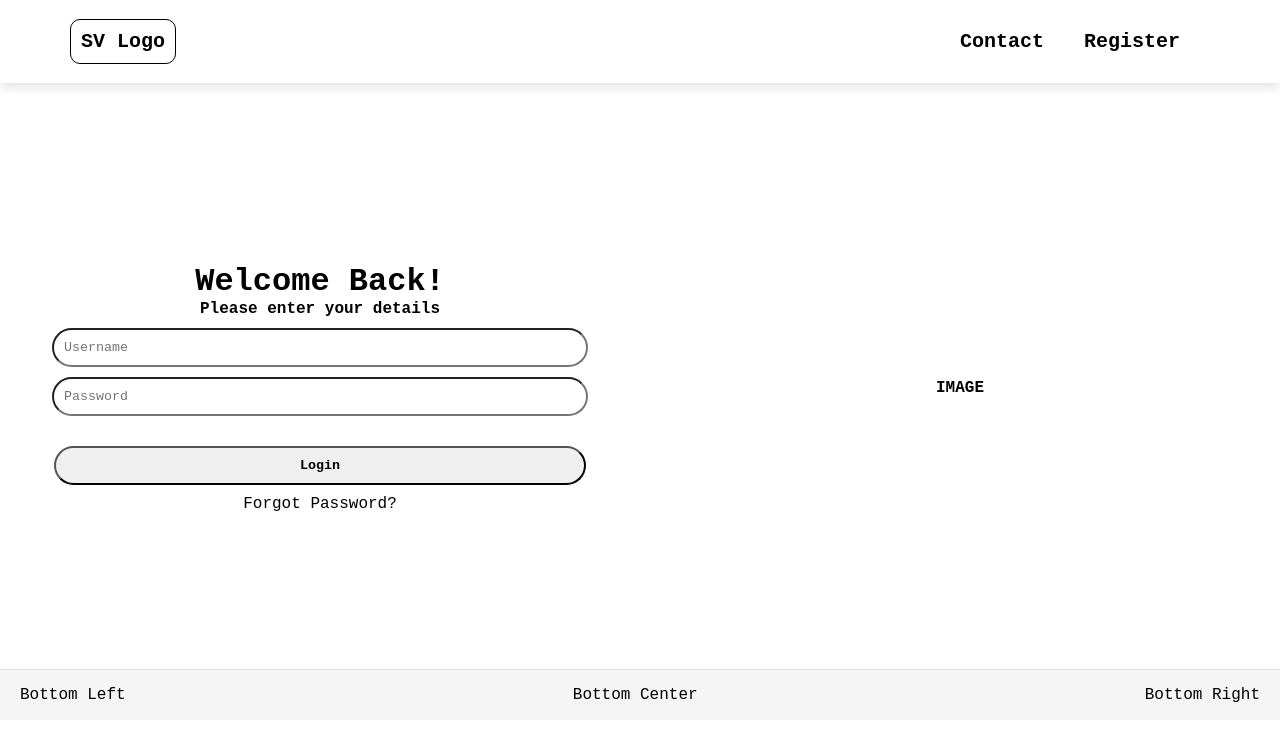
Repository: BuddhimaB/SecureVisionAI
Page: / (app in client/)
An editor plug-in stored every save of this project. The page is shown before and after a run of saves, followed by the edit.
The browser window is 1280 px wide. The pictures show the whole page.
The project was rebuilt for these pictures with package versions that can differ from the ones it lists, and the page was loaded fresh each time.

Above is the page before, as saved 2024-07-13 19:25:15.

### client/public/index.html
<!DOCTYPE html>
<html lang="en">
  <head>
    <meta charset="utf-8" />
    <link rel="icon" href="%PUBLIC_URL%/favicon.ico" />
    <meta name="viewport" content="width=device-width, initial-scale=1" />

    <meta
      name="description"
      content="Web site created using create-react-app"
    />
    <link rel="preconnect" href="https://fonts.googleapis.com">
<link rel="preconnect" href="https://fonts.gstatic.com" crossorigin>
<link href="https://fonts.googleapis.com/css2?family=Roboto:ital,wght@0,100;0,300;0,400;0,500;0,700;0,900;1,100;1,300;1,400;1,500;1,700;1,900&display=swap" rel="stylesheet">
<link rel="stylesheet" href="style.css">
    <title>SecureVision App</title>
  </head>
  <body>
    <noscript>You need to enable JavaScript to run this app.</noscript>
    <div id="root"></div>

  </body>
</html>

### client/src/App.js
import Login from "./Pages/Login/login";

function App() {
  return (
    <div className="App">
      <Login />
    </div>
  );
}

export default App;

### client/src/Pages/Login/login.jsx
import './Login.css'
import Topbar from '../../components/Topbar/Topbar'
import Bottom from '../../components/BottomDetails/Bottom'

export default function Login() {
  return (
    <div>
      <Topbar />
      <div className='feedContainer'>
        <div className="feedLeft">
          <h1>Welcome Back!</h1>
          <h4> Please enter your details</h4>
          <div className="inputField">
          <input
          className='inputField'
          type="text"
          placeholder="Username" />

          <input className='inputField'
          type="password"
          placeholder="Password" />
          </div>
          <button className="loginButton">Login</button>
          <span className='fogotPass'>Forgot Password?</span>
        </div>

        <div className="feedRight">
          <h4>IMAGE</h4>

        </div>
        </div>
        <Bottom />
    </div>
  )
}

### client/src/Pages/Login/Login.css
.feedContainer{
    display: flex;
    justify-content: center;
    align-items: center;


}
.feedLeft{
    display: flex;
    flex-direction: column;
    justify-content: center;
    align-items: center;
    width: 50%;
    height: calc(100vh - 110px);

}
.inputField{
    display: flex;
    justify-content: center;
    align-items: center;
    flex-direction: column;
    margin-bottom: 10px;
    padding: 10px;
    border-radius: 40px;
    width: 80%;
}
.inputField > input{
    width: 100%;
    padding: 10px;


    margin-bottom: 10px;
}
.loginButton{
    padding: 10px;
    border-radius: 40px;
    width: 83%;

    color:black;
    font-weight: 700;
    cursor: pointer;
    margin-bottom: 10px;
}
.loginButton:hover{
    background-color: #9b1cc2;
    color:white
}
.feedRight{
    display: flex;
    justify-content: center;
    align-items: center;
    width: 50%;
    height: calc(100vh - 1100px);
    background-color: #fff;
}

### client/src/components/Topbar/Topbar.jsx
import './Topbar.css'

export default function Topbar() {
  return (
    <div className='topbarContainer'>
        <div className="topbarLeft">
            <span className="logo">SV Logo</span>
        </div>

        <div className="topbarRight">
            <div className="topbarLinks">
                <span className="topbarLink">Contact</span>
                <span className="topbarLink">Register</span>
            </div>

        </div>

    </div>
  )
}

### client/src/components/BottomDetails/Bottom.jsx
import './Bottom.css'

export default function Bottom() {
  return (
    <div className='bottomContainer'>
        <div className='bottomLeft'>
            <span>Bottom Left</span>
        </div>
        <div className='bottomCenter'>
            <span>Bottom Center</span>
        </div>
        <div className='bottomRight'>
            <span>Bottom Right</span>
        </div>
    </div>
  )
}

### client/src/components/Topbar/Topbar.css
.topbarContainer{
    display: flex;
    justify-content: space-between;
    align-items: center;
    top: 0;
    z-index: 999;
    padding: 30px;
    background-color: #fff;
    box-shadow: 0 5px 10px rgba(0, 0, 0, 0.1);
    position: sticky;
}
.logo{
    font-size: 20px;
    font-weight: 700;
    border: 1px solid #000;
    padding: 10px;
    border-radius: 10px;
    margin-left: 40px;
}
.topbarRight{
    display: flex;
    align-items: center;
    margin-right: 40px;

}
.topbarLink{
    margin-right: 20px;
    font-size: 20px;
    font-weight: 700;
    padding: 10px;
    border-radius: 10px;
    cursor: pointer;
}
.topbarLink:hover{
    background-color: #9b1cc2;
    color: white;
}

### client/src/components/BottomDetails/Bottom.css
.bottomContainer{
    display: flex;
    justify-content: space-between;
    align-items: center;
    position: sticky;
    bottom: 0;
    padding: 0 20px;
    height: 50px;
    background-color: #f5f5f5;
    border-top: 1px solid #e0e0e0;
}

### client/public/style.css
*{
    margin: 0;
    font-family: 'Courier New', Courier, monospace;
}

Loaded but not shown: client/src/index.js (common file)

After the next 6 saves:
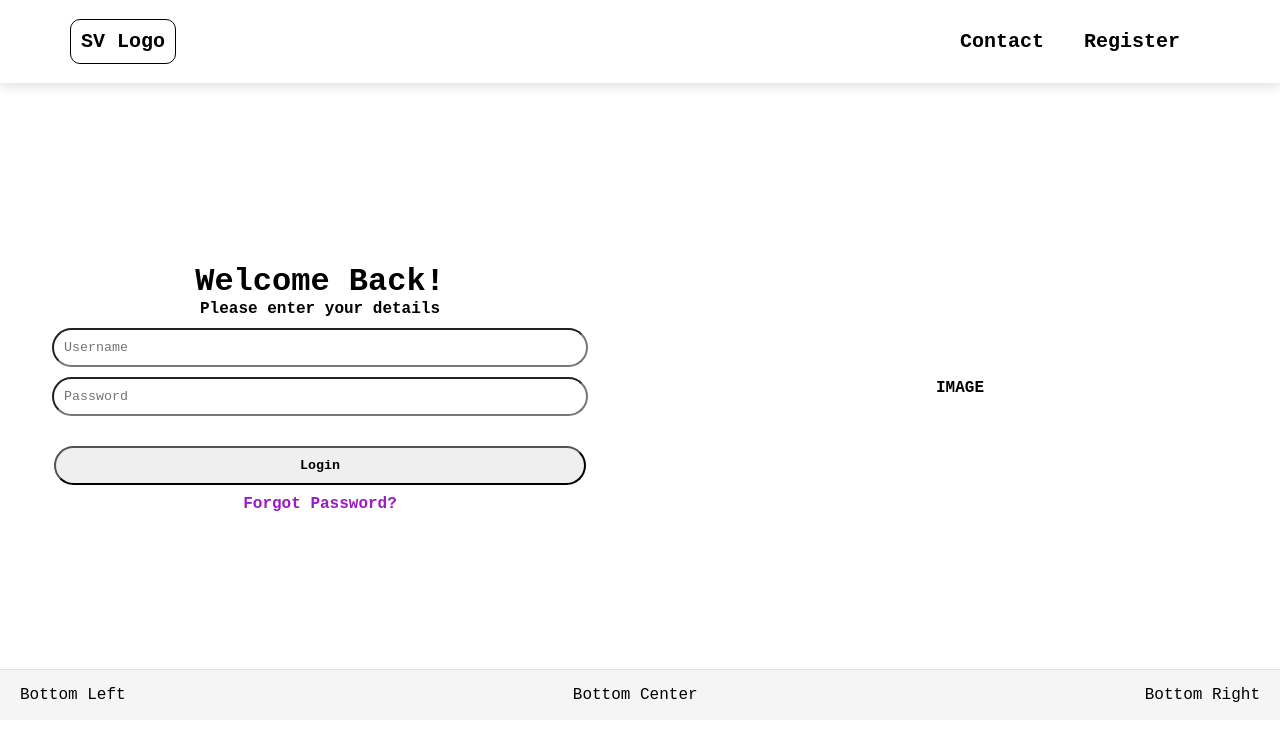
The 6 saves are shown as one change because they came seconds apart.
The last was saved 21 s later.
--- a/client/src/Pages/Login/Login.css
+++ b/client/src/Pages/Login/Login.css
@@ -45,6 +45,12 @@
     background-color: #9b1cc2;
     color:white
 }
+.fogotPass{
+    color: #9b1cc2;
+    font-weight: 700;
+    cursor: pointer;
+
+}
 .feedRight{
     display: flex;
     justify-content: center;
